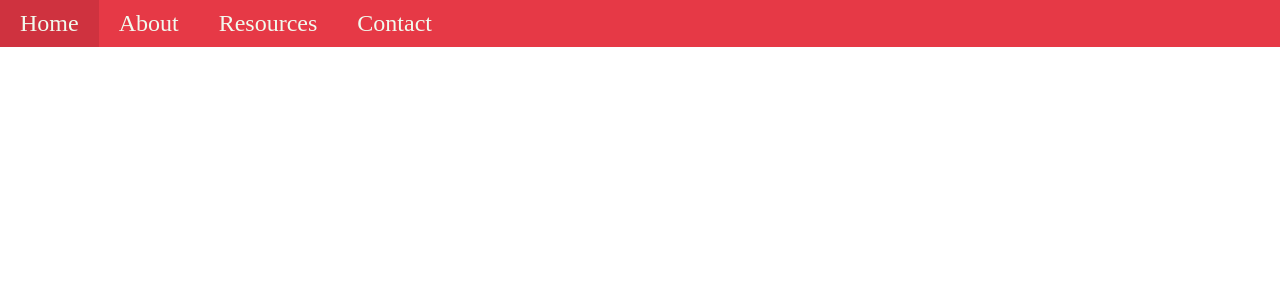
Repository: rdass1/COM421-FinalProject
Page: Website/index.html
An editor plug-in stored every save of this project. The page is shown before and after the next save, followed by the edit.
The browser window is 1280 px wide. The pictures show the whole page.

Above is the page before, as saved 2021-05-11 22:57:18.

### Website/index.html
<!DOCTYPE html>
<html>
    <head>
        <meta charset="UTF-8">
        <meta name="description" content="Take It To the Streets is a non-profit organization that helps people find information on how to fight their tickets. ">
        <meta name="author" content="Group 2">
        <meta name="viewport" content="width=device-width, initial-scale=1.0">
        <link rel="stylesheet" type="text/css" href="css/index.css">
        <title>Take It To The Streets</title>
    </head>
    <body>
        <header>
            <div id = "navbar">
                <nav>
                    <ul>
                        <li><a href="#home">Home</a></li>
                        <li><a href="#about">About</a></li>
                        <li><a href="#resources">Resources</a></li>
                        <li><a href="#contact">Contact</a></li>
                    </ul>

                </nav>
            </div>
        </header>

    </body>
</html>

### Website/css/index.css
body{
    margin:0px;
}

header{
    background-color: #e63946;
    width: 100%;
    height: 6%;
    display: flex;
    justify-content: flex-start;
    margin: 0px;
    padding: 0px;

}

#navbar nav{
    display: flex;


}

#navbar ul{
    margin: 0px;
    padding: 0px;
    overflow: hidden;
    list-style: none;
}

#navbar li{
    margin: 0px;
    padding: 10px 20px 10px 20px;
    font-size: 1.5rem;
    float:left;

}

#navbar a{
    display: block;
    color: #f1faee;
    text-decoration: none;
}

#navbar li:hover{
    background-color: #cf323f;
}

After the next save:
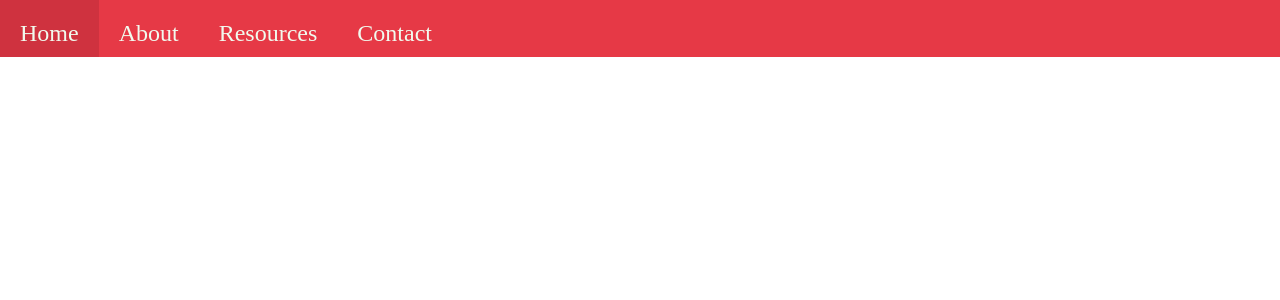
Saved 71 s later.
--- a/Website/css/index.css
+++ b/Website/css/index.css
@@ -28,7 +28,7 @@ header{
 
 #navbar li{
     margin: 0px;
-    padding: 10px 20px 10px 20px;
+    padding: 20px 20px 10px 20px;
     font-size: 1.5rem;
     float:left;
 
